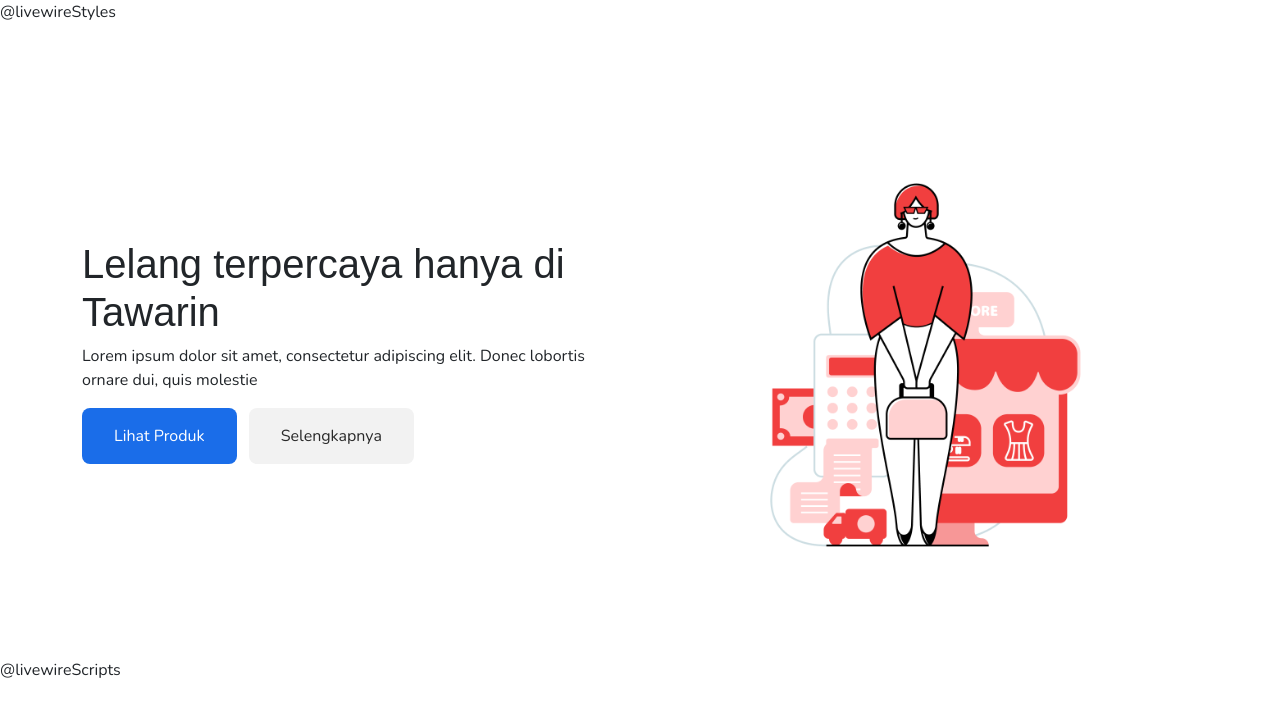
Repository: khulqu15/bidding-lite
Page: http://localhost/
These files come from the project's save history. The page is drawn as it stood at one moment and after the next save; the edit follows.
The browser window is 1280 px wide. The pictures show the whole page.
Some web fonts or font styles are not loaded; a fallback is used. The page is served by the project's Laravel application, run on PHP 8.4 with Laravel 8. The database holds what the project's SQL file puts in it.

Above is the page before, as saved 2022-03-01 01:09:37.

After the next save:
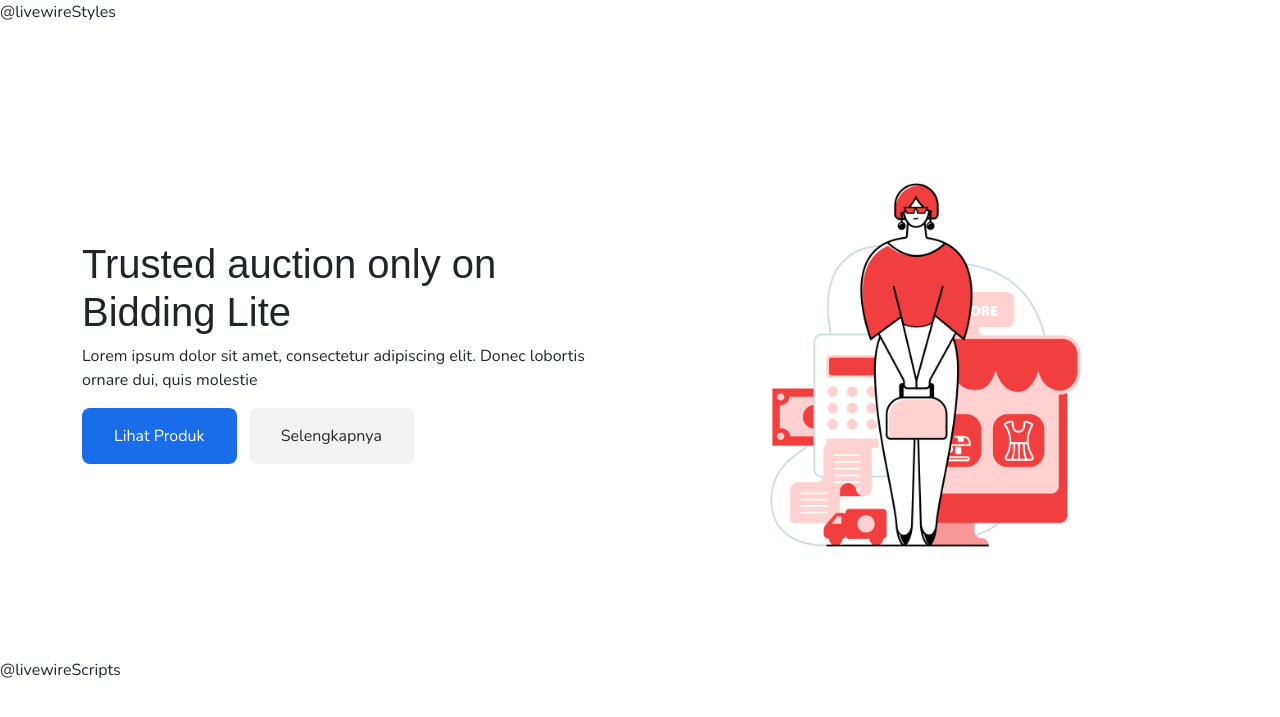
Saved 76 s later.
--- a/resources/views/welcome.blade.php
+++ b/resources/views/welcome.blade.php
@@ -7,7 +7,7 @@
 <div class="container py-5">
     <div class="row pt-5 pb-4 mt-4">
         <div class="col-md-6 pt-5 mt-5">
-            <h1 class="viga">Lelang terpercaya hanya di Tawarin</h1>
+            <h1 class="viga">Trusted auction only on Bidding Lite</h1>
             <p>Lorem ipsum dolor sit amet, consectetur adipiscing elit. Donec lobortis ornare dui, quis molestie </p>
             <button class="btn btnm-primary">Lihat Produk</button>
             <button class="btn btnm-light mx-2">Selengkapnya</button>
